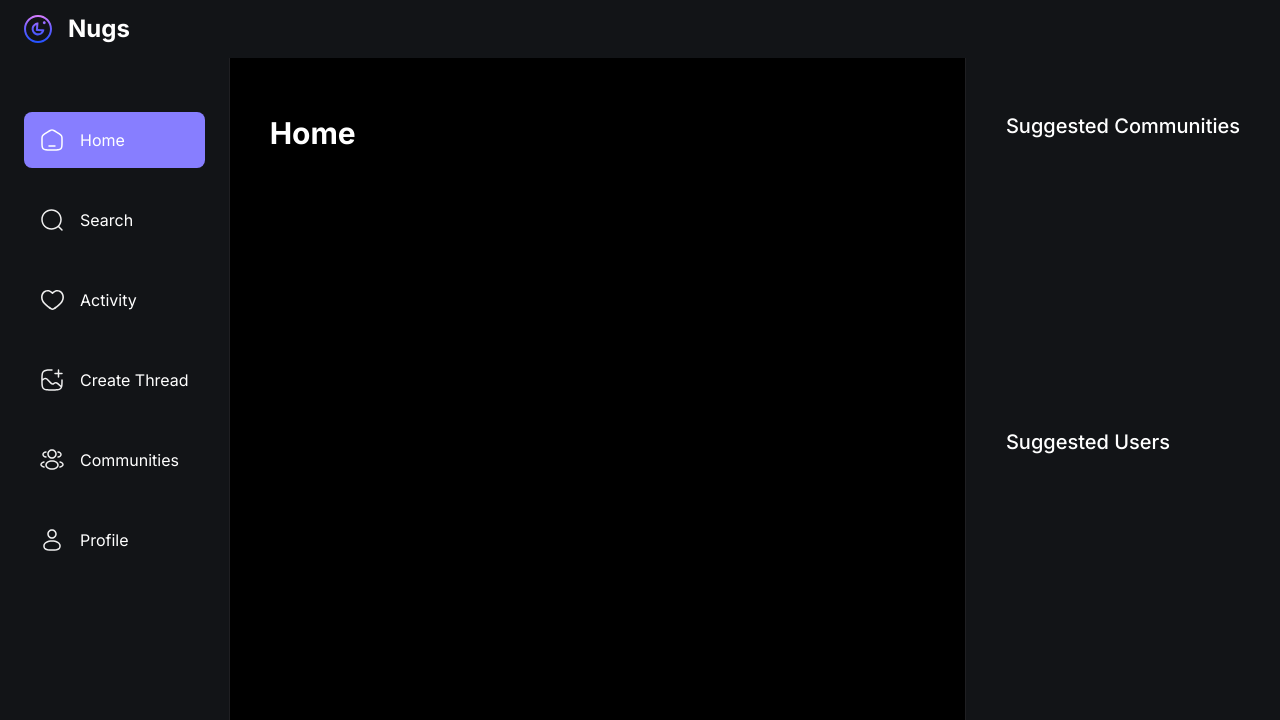
Repository: pointgamebk/nugs
Page: /
The author's editor kept a copy of each file at every save. The page is drawn from the files as they stood at one save, then again after the next save.
The browser window is 1280 px wide. The pictures show the whole page.
The page's requests for data from a server got no answer. The project was rebuilt for these pictures with package versions that can differ from the ones it lists, and the page was loaded fresh each time. Some packages were replaced by stand-ins written for this rebuild. The framework's server and built-in components were replaced by stand-ins that run in the browser. No one was signed in, and anything a server would have sent is missing. Also part of the build but not shown: next.config.js.

Above is the page before, as saved 2023-08-06 18:11:57.

### app/(root)/layout.tsx
import "../globals.css";
import { Inter } from "next/font/google";
import { ClerkProvider } from "@clerk/nextjs";
import Topbar from "@/components/shared/Topbar";
import LeftSidebar from "@/components/shared/LeftSidebar";
import RightSidebar from "@/components/shared/RightSidebar";
import Bottombar from "@/components/shared/Bottombar";

const inter = Inter({ subsets: ["latin"] });

export const metadata = {
  title: "Nugs",
  description: "For Rosin Enthusiasts",
};

export default function RootLayout({
  children,
}: {
  children: React.ReactNode;
}) {
  return (
    <ClerkProvider>
      <html lang="en">
        <body className={inter.className}>
          <Topbar />
          <main className="flex flex-row">
            <LeftSidebar />
            <section className="main-container">
              <div className="w-full max-w-4xl">{children}</div>
            </section>
            <RightSidebar />
          </main>
          <Bottombar />
        </body>
      </html>
    </ClerkProvider>
  );
}

### app/(root)/page.tsx
import { UserButton } from "@clerk/nextjs";

export default function Home() {
  return (
    <>
      <h1 className="head-text text-left">Home</h1>
    </>
  );
}

### components/shared/Topbar.tsx
import { OrganizationSwitcher, SignedIn, SignOutButton } from "@clerk/nextjs";
import { dark } from "@clerk/themes";
import Image from "next/image";
import Link from "next/link";

function Topbar() {
  return (
    <nav className="topbar">
      <Link href="/" className="flex items-center gap-4">
        <Image src="/assets/logo.svg" alt="logo" width={28} height={28} />
        <p className="text-heading3-bold text-light-1 max-xs:hidden">Nugs</p>
      </Link>

      <div className="flex items-center gap-1">
        <div className="block md:hidden">
          <SignedIn>
            <SignOutButton>
              <div className="flex cursor-pointer">
                <Image
                  src="/assets/logout.svg"
                  alt="logout"
                  width={24}
                  height={24}
                />
              </div>
            </SignOutButton>
          </SignedIn>
        </div>

        <OrganizationSwitcher
          appearance={{
            baseTheme: dark,
            elements: { organizationSwitcherTrigger: "py-2 px-4" },
          }}
        />
      </div>
    </nav>
  );
}

export default Topbar;

### components/shared/LeftSidebar.tsx
"use client";

import { sidebarLinks } from "@/constants";
import { SignedIn, SignOutButton } from "@clerk/nextjs";
import Image from "next/image";
import Link from "next/link";
import { usePathname, useRouter } from "next/navigation";

function LeftSidebar() {
  const router = useRouter();
  const pathname = usePathname();
  return (
    <section className="custom-scrollbar leftsidebar">
      <div className="flex w-full flex-1 flex-col gap-6 px-6">
        {sidebarLinks.map((link) => {
          const isActive =
            (pathname.includes(link.route) && link.route.length > 1) ||
            pathname === link.route;
          return (
            <Link
              href={link.route}
              key={link.label}
              className={`leftsidebar_link ${isActive && "bg-primary-500"}`}
            >
              <Image
                src={link.imgURL}
                alt={link.label}
                width={24}
                height={24}
              />

              <p className="text-light-1 max-lg:hidden">{link.label}</p>
            </Link>
          );
        })}
      </div>

      <div className="mt-10 px-6">
        <SignedIn>
          <SignOutButton signOutCallback={() => router.push("/sign-in")}>
            <div className="flex cursor-pointer gap-4 p-4">
              <Image
                src="/assets/logout.svg"
                alt="logout"
                width={24}
                height={24}
              />

              <p className="text-light-2 max-lg:hidden">Logout</p>
            </div>
          </SignOutButton>
        </SignedIn>
      </div>
    </section>
  );
}

export default LeftSidebar;

### components/shared/Bottombar.tsx
"use client";

import { sidebarLinks } from "@/constants";
import Image from "next/image";
import Link from "next/link";
import { usePathname, useRouter } from "next/navigation";

function Bottombar() {
  const router = useRouter();
  const pathname = usePathname();
  return (
    <section className="bottombar">
      <div className="bottombar_container">
        {sidebarLinks.map((link) => {
          const isActive =
            (pathname.includes(link.route) && link.route.length > 1) ||
            pathname === link.route;
          return (
            <Link
              href={link.route}
              key={link.label}
              className={`bottombar_link ${isActive && "bg-primary-500"}`}
            >
              <Image
                src={link.imgURL}
                alt={link.label}
                width={24}
                height={24}
              />

              <p className="text-subtle-medium text-light-1 max-sm:hidden">
                {link.label.split(/\s+/)[0]}
              </p>
            </Link>
          );
        })}
      </div>
    </section>
  );
}

export default Bottombar;

### constants/index.js
export const sidebarLinks = [
  {
    imgURL: "/assets/home.svg",
    route: "/",
    label: "Home",
  },
  {
    imgURL: "/assets/search.svg",
    route: "/search",
    label: "Search",
  },
  {
    imgURL: "/assets/heart.svg",
    route: "/activity",
    label: "Activity",
  },
  {
    imgURL: "/assets/create.svg",
    route: "/create-thread",
    label: "Create Thread",
  },
  {
    imgURL: "/assets/community.svg",
    route: "/communities",
    label: "Communities",
  },
  {
    imgURL: "/assets/user.svg",
    route: "/profile",
    label: "Profile",
  },
];

export const profileTabs = [
  { value: "threads", label: "Threads", icon: "/assets/reply.svg" },
  { value: "replies", label: "Replies", icon: "/assets/members.svg" },
  { value: "tagged", label: "Tagged", icon: "/assets/tag.svg" },
];

export const communityTabs = [
  { value: "threads", label: "Threads", icon: "/assets/reply.svg" },
  { value: "members", label: "Members", icon: "/assets/members.svg" },
  { value: "requests", label: "Requests", icon: "/assets/request.svg" },
];

Loaded but not shown: app/globals.css (common file); components/shared/RightSidebar.tsx (common file); tailwind.config.js (common file)

After the next save:
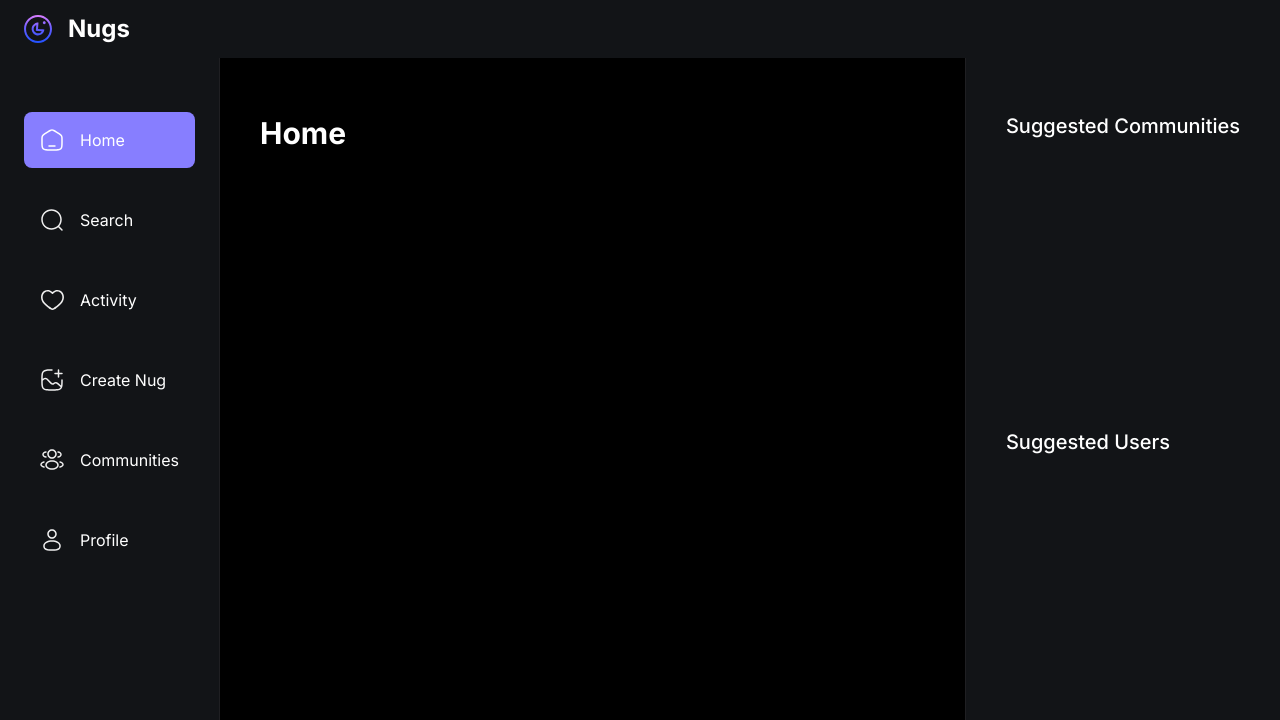
Saved 2 min 17 s later.
--- a/constants/index.js
+++ b/constants/index.js
@@ -16,8 +16,8 @@
   },
   {
     imgURL: "/assets/create.svg",
-    route: "/create-thread",
-    label: "Create Thread",
+    route: "/create-nug",
+    label: "Create Nug",
   },
   {
     imgURL: "/assets/community.svg",
